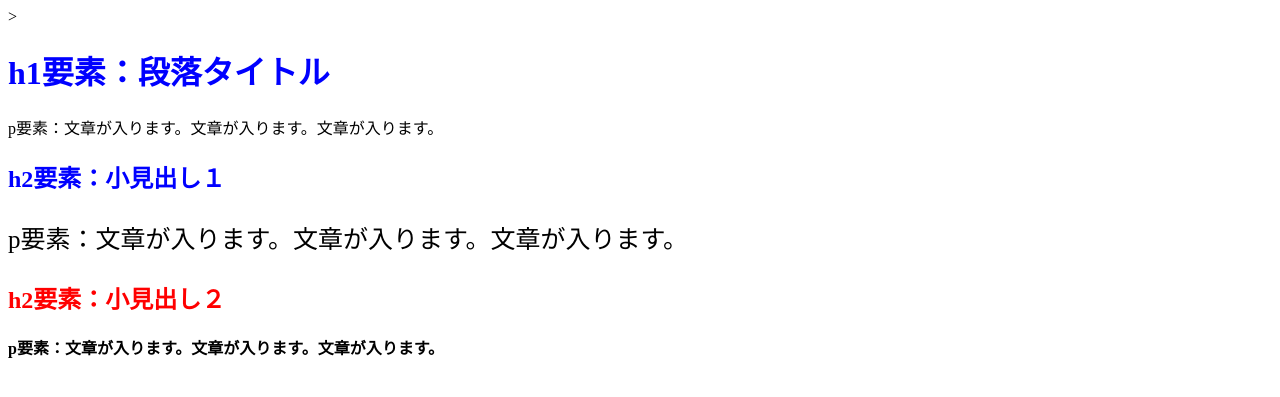
Repository: koukoukou2020/sumurai_HTML-CSS
Page: index.html
The author's editor kept a record of every edit. The page is drawn from the files as they stood at one moment, then again after the next edit.
The browser window is 1280 px wide. The pictures show the whole page.

Above is the page before.

After the next edit:
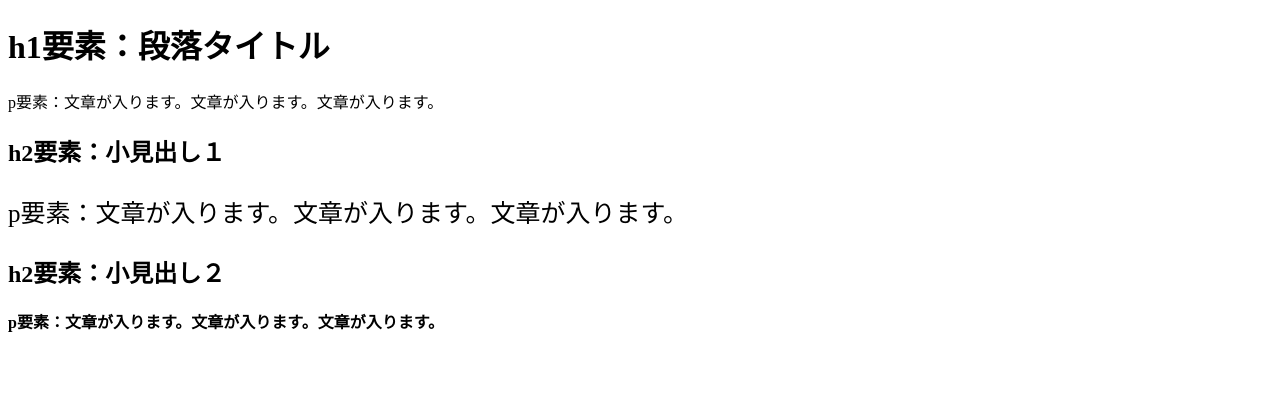
The edit:
--- a/index.html
+++ b/index.html
@@ -3,14 +3,6 @@
   <head>
     <meta charset="UTF-8">
     <title>HTML/CSSの学習</title>
-    <style>
-    #red{
-        color: red;
-      }
-      .blue{
-        color: blue;
-      }
-    </style>>
   </head>
   <body>
     <h1 class="blue">h1要素：段落タイトル</h1>
